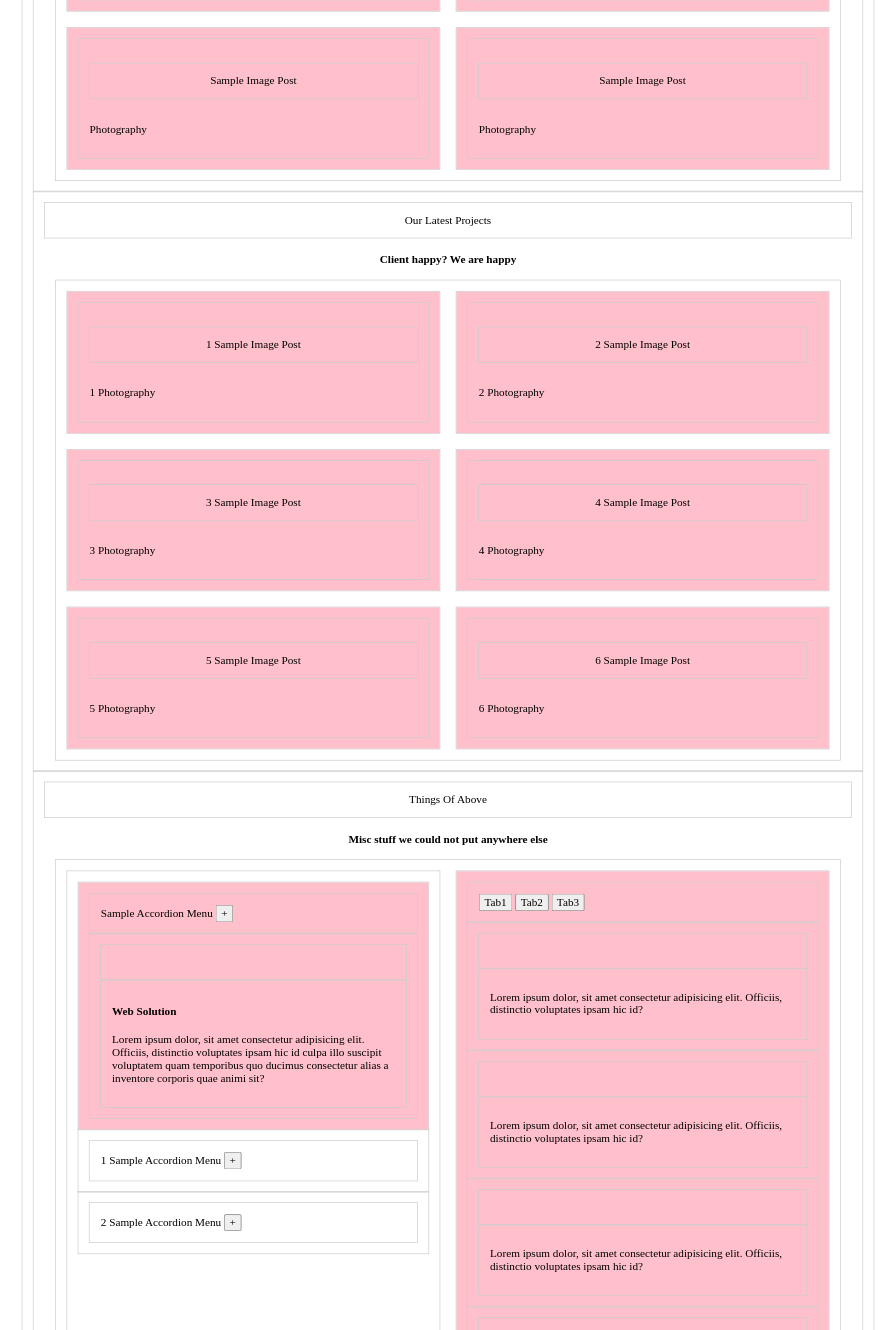
Repository: kionale/Project1_Lab3_ResponsiveLayout
Page: index.html
These files come from the project's save history. The page is drawn as it stood at one moment and after the next save; the edit follows.
The browser window is 1280 px wide. The pictures show the part of the page from y = 1381 to 3281 px (the page is 5916 px tall before and 4436 px after), at 70% of full size.
A picture or video elsewhere on the page could not be fetched, so the positions and the page height are approximate.

Above is the page before, as saved 2023-01-26 11:16:27.

### index.html
<!doctype html>
<html class="no-js" lang="">

<head>
  <meta charset="utf-8">
  <title></title>
  <meta name="description" content="">
  <meta name="viewport" content="width=device-width, initial-scale=1">

  <meta property="og:title" content="">
  <meta property="og:type" content="">
  <meta property="og:url" content="">
  <meta property="og:image" content="">

  <link rel="manifest" href="site.webmanifest">
  <link rel="apple-touch-icon" href="icon.png">
  <!-- Place favicon.ico in the root directory -->

  <link rel="stylesheet" href="css/normalize.css">
  <link rel="stylesheet" href="css/main.css">

  <meta name="theme-color" content="#fafafa">
</head>


<body class="page page-home">
  <header class="header page__header">
    <div class="row">
      <h1>Metrolics</h1>
      <a href=""><img src=""></a>
      <nav class="navbar-links">
        <ul>
          <a href="#">
            <li>Home</li>
          </a>
          <a href="">
            <li>Home</li>
          </a>
          <a href="">
            <li>Pages</li>
          </a>
          <a href="">
            <li>Blog</li>
          </a>
          <a href="">
            <li>Portfolio</li>
          </a>
          <a href="">
            <li>Home</li>
          </a>
        </ul>
      </nav>
    </div>

  </header>

  <div class="page__slider">
    <div class="row slides">
      <img src="" alt="">
    </div>
  </div>
  </div>

  <div class="page__intro">
    <h1 class="header page__heading">
      Hey guys! This is the <span>Metrolics</span> theme.<br>
      It sports a responsive layout with a mobile layout.
    </h1>
    <div class="subheading page_subheading">
      <h3>
        Things That We do
      </h3>
      <h5>Ask us what we can do for you</h5>

    </div>
    <div class="feature__service">
      <div class="row m-col-2 l-col-4">
        <div class="col">
          <img class="feature__servic__images" src="" alt="">
          <h4 class="heading feature__servic__title">Web Solution</h4>
          <p class="feature__servic__content">
            bbbhhha
          </p>
        </div>
        <div class="col">
          <img class="feature__servic__images" src="" alt="">
          <h4 class="heading feature__servic__title"></h4>
          <p class="feature__servic__content">
            bbbhhha
          </p>
        </div>
        <div class="col">
          <img class="feature__servic__images" src="" alt="">
          <h4 class="heading feature__servic__title"></h4>
          <p class="feature__servic__content">
            bbbhhha
          </p>
        </div>
        <div class="col">
          <img class="feature__servic__images" src="" alt="">
          <h4 class="heading feature__servic__title"></h4>
          <p class="feature__servic__content">
            bbbhhha
          </p>
        </div>


      </div>
    </div>
  </div>

  <!-- Main content starts here -->
  <main class="page__main">
    <section class="recent__work">
      <header class="header post__header">What's up lately?</header>
      <h4 class="subheading">Read up on our latest work</h4>
      <div class="row m-col-2 l-col-3">
        <div class="col">
          <div>
            <img src="" alt="">
            <header class="header recent__work__title">Sample image post</header><br>
            <p>Photography</p>
          </div>
        </div>
        <div class="col">
          <div>
            <img src="" alt="">
            <header class="header recent__work__title">Sample image post</header><br>
            <p>Photography</p>
          </div>
        </div>
        <div class="col">
          <div>
            <img src="" alt="">
            <header class="header recent__work__title">Sample image post</header><br>
            <p>Photography</p>
          </div>
        </div>
        <div class="col">
          <div>
            <img src="" alt="">
            <header class="header recent__work__title">Sample image post</header><br>
            <p>Photography</p>
          </div>
        </div>
      </div>
    </section>
    <!-- Our Latest Projests -->
    <section class="latest__projects">
      <header class="header latest__projects__header">Our Latest Projects</header>
      <h4 class="subheading">Client happy? We are happy</h4>
      <div class="row m-col-2 l-col-3">
        <div class="col">
          <div>
            <img src="" alt="">
            <header class="header latest__project__image">1 Sample image post</header><br>
            <p>1 Photography</p>
          </div>
        </div>
        <div class="col">
          <div>
            <img src="" alt="">
            <header class="header latest__project__image">2 Sample image post</header><br>
            <p>2 Photography</p>
          </div>
        </div>
        <div class="col">
          <div>
            <img src="" alt="">
            <header class="header latest__project__image">3 Sample image post</header><br>
            <p>3 Photography</p>
          </div>
        </div>
        <div class="col">
          <div>
            <img src="" alt="">
            <header class="header latest__project__image">4 Sample image post</header><br>
            <p>4 Photography</p>
          </div>
        </div>
        <div class="col">
          <div>
            <img src="" alt="">
            <header class="header latest__project__image">5 Sample image post</header><br>
            <p>5 Photography</p>
          </div>
        </div>
        <div class="col">
          <div>
            <img src="" alt="">
            <header class="header latest__project__image">6 Sample image post</header><br>
            <p>6 Photography</p>
          </div>
        </div>
      </div>
    </section>
    <!--Things of Above-->
    <section class="things__of__above">
      <header class="header things__header">Things of above</header>
      <h4 class="subheading">Misc stuff we could not put anywhere else</h4>
      <div class="row m-col-2 l-col-3">
        <div>
          <div class="col">
            <div class="sample__menu things_above_image">Sample Accordion Menu
              <button>+</button>
            </div>
            <div class="web__solution">
              <div>
                <img src="" alt="">
              </div>
              <div>
                <h4>Web Solution</h4>
                <p>Lorem ipsum dolor, sit amet consectetur adipisicing elit. Officiis, distinctio voluptates ipsam hic
                  id
                  culpa illo suscipit voluptatem quam temporibus quo ducimus consectetur alias a inventore corporis quae
                  animi sit?</p>
              </div>
            </div>
          </div>
          <div class="menu__button">
            <div class="col_two sample__menu things__above__image">1 Sample Accordion Menu
              <button>+</button>
            </div>
          </div>
          <div class="menu__button">
            <div class="col_two sample__menu things__above__image">2 Sample Accordion Menu
              <button>+</button>
            </div>
          </div>
        </div>
        <div class="col">
          <div class="tab__buttons">
            <button>Tab1</button>
            <button>Tab2</button>
            <button>Tab3</button>
          </div>
          <div class="tab__information">
            <div>
              <img src="" alt="">
            </div>
            <div>
              <p>Lorem ipsum dolor, sit amet consectetur adipisicing elit. Officiis, distinctio voluptates ipsam hic
                id?</p>
            </div>
          </div>
          <div class="tab__information">
            <div>
              <img src="" alt="">
            </div>
            <div>
              <p>Lorem ipsum dolor, sit amet consectetur adipisicing elit. Officiis, distinctio voluptates ipsam hic
                id?</p>
            </div>
          </div>
          <div class="tab__information">
            <div>
              <img src="" alt="">
            </div>
            <div>
              <p>Lorem ipsum dolor, sit amet consectetur adipisicing elit. Officiis, distinctio voluptates ipsam hic
                id?</p>
            </div>
          </div>
          <div class="tab__information">
            <div>
              <img src="" alt="">
            </div>
            <div>
              <p>Lorem ipsum dolor, sit amet consectetur adipisicing elit. Officiis, distinctio voluptates ipsam hic
                id?</p>
            </div>
          </div>
        </div>
      </div>
      <!--Sponsors-->
      <div class="sponsors">
        <img src="https://cdn-icons-png.flaticon.com/512/118/118063.png" alt="" class="sponsors__icon">
        <img src="https://cdn-icons-png.flaticon.com/512/118/118063.png" alt="" class="sponsors__icon">
        <img src="https://cdn-icons-png.flaticon.com/512/118/118063.png" alt="" class="sponsors__icon">
        <img src="https://cdn-icons-png.flaticon.com/512/118/118063.png" alt="" class="sponsors__icon">
        <img src="https://cdn-icons-png.flaticon.com/512/118/118063.png" alt="" class="sponsors__icon">
      </div>

    </section>
  </main>
  <!--Footer-->
  <footer>
    <div class="web__author">
      <div>
        <img src="" alt="">
      </div>
      <div>
        <h4>Peewee Herman</h4>
        <p>Lorem ipsum dolor, sit amet consectetur adipisicing elit. Officiis, distinctio voluptates ipsam hic
          id
          culpa illo suscipit voluptatem quam temporibus quo ducimus consectetur alias a inventore corporis quae
          animi sit?</p>
      </div>
    </div>
    <div class="footer__extras">
      <div>
        <div>
          <h4>About Us</h4>
          <p>Lorem ipsum dolor, sit amet consectetur adipisicing elit. Officiis, distinctio voluptates ipsam hic
            id
            culpa illo suscipit voluptatem quam temporibus quo ducimus consectetur alias a inventore corporis quae
            animi sit?</p>
        </div>
        <div class="social__link">
          <a href="" class="social__icon">
            <li>Facebook</li>
          </a>
          <a href="" class="social__icon">
            <li>Google</li>
          </a>
          <a href="" class="social__icon">
            <li>Twitter</li>
          </a>
          <a href="" class="social__icon">
            <li>Instagram</li>
          </a>
          <a href="" class="social__icon">
            <li>Volume</li>
          </a>
        </div>
      </div>

      <div>
        <h4>Flickr Photos</h4>
        <img src="" alt="">
        <img src="" alt="">
        <img src="" alt="">
        <img src="" alt="">
        <img src="" alt="">
        <img src="" alt="">
      </div>
      <div>
        <h4>Recent Tweets</h4>
        <div class="recent__tweets">
          <div>
            <img src="" alt="">
          </div>
          <div>
            <h4>Peewee Herman</h4>
            <p>Lorem ipsum dolor, sit amet consectetur adipisicing elit. Officiis, distinctio voluptates ipsam hic
              id
              culpa illo suscipit voluptatem quam temporibus quo ducimus consectetur alias a inventore corporis quae
              animi sit?</p>
          </div>
        </div>
        <div class="recent__tweets">
          <div>
            <img src="" alt="">
          </div>
          <div>
            <h4>Peewee Herman</h4>
            <p>Lorem ipsum dolor, sit amet consectetur adipisicing elit. Officiis, distinctio voluptates ipsam hic
              id
              culpa illo suscipit voluptatem quam temporibus quo ducimus consectetur alias a inventore corporis quae
              animi sit?</p>
          </div>
        </div>
      </div>
      <div>
        <h4>Newsletter</h4>
        <p>Lorem ipsum dolor, sit amet consectetur adipisicing elit. Officiis, distinctio voluptates ipsam hic
          id
          culpa illo suscipit voluptatem quam temporibus quo ducimus consectetur alias a inventore corporis quae
          animi sit?</p>
        <div class="col_two sample__menu things__above__image">Enter your email...
          <button>+</button>
        </div>
      </div>
    </div>
  </footer>


  <script src="js/vendor/modernizr-3.11.2.min.js"></script>
  <script src="js/plugins.js"></script>
  <script src="js/main.js"></script>

  <!-- Google Analytics: change UA-XXXXX-Y to be your site's ID. -->
  <script>
    window.ga = function () { ga.q.push(arguments) }; ga.q = []; ga.l = +new Date;
    ga('create', 'UA-XXXXX-Y', 'auto'); ga('set', 'anonymizeIp', true); ga('set', 'transport', 'beacon'); ga('send', 'pageview')
  </script>
  <script src="https://www.google-analytics.com/analytics.js" async></script>
</body>

</html>

### css/main.css
::-moz-selection {
  background: #b3d4fc;
  text-shadow: none;
}

::selection {
  background: #b3d4fc;
  text-shadow: none;
}

/*
 * A better looking default horizontal rule
 */

hr {
  display: block;
  height: 1px;
  border: 0;
  border-top: 1px solid #ccc;
  margin: 1em 0;
  padding: 0;
}

audio,
canvas,
iframe,
img,
svg,
video {
  vertical-align: middle;
}

/*
 * Remove default fieldset styles.
 */

fieldset {
  border: 0;
  margin: 0;
  padding: 0;
}

/*
 * Allow only vertical resizing of textareas.
 */

textarea {
  resize: vertical;
}

*,
*::before,
*::after {
  box-sizing: border-box;
}

div,
main,
section,
header,
footer {
  outline: 1px solid #ccc;
  min-height: 1rem;
  padding: 1rem;
}

.page {
  margin: 0 auto;
  padding: 2rem;
}

.header {
  text-transform: capitalize;
  text-align: center;
}

.subheading {
  text-align: center;
}

ul,
li {
  padding: 0;
  margin: 0;
  list-style: none;
}
.row {
  display: grid;
  row-gap: 1rem;
}

.col {
  position: relative;
  background-color: pink;
}

/* medium screens and up  */
@media screen and (min-width: 40em) {
  .row {
    max-width: 70rem;
    column-gap: 1.5rem;
    row-gap: 1.5rem;
    margin: 0 auto;
  }

  .m-col-2 {
    grid-template-columns: 1fr 1fr;
  }
}

### js/plugins.js
// Avoid `console` errors in browsers that lack a console.
(function() {
  var method;
  var noop = function () {};
  var methods = [
    'assert', 'clear', 'count', 'debug', 'dir', 'dirxml', 'error',
    'exception', 'group', 'groupCollapsed', 'groupEnd', 'info', 'log',
    'markTimeline', 'profile', 'profileEnd', 'table', 'time', 'timeEnd',
    'timeline', 'timelineEnd', 'timeStamp', 'trace', 'warn'
  ];
  var length = methods.length;
  var console = (window.console = window.console || {});

  while (length--) {
    method = methods[length];

    // Only stub undefined methods.
    if (!console[method]) {
      console[method] = noop;
    }
  }
}());

// Place any jQuery/helper plugins in here.

Loaded but not shown: css/normalize.css (library); js/vendor/modernizr-3.11.2.min.js (library); js/main.js (no stored copy; drawn as an empty file)

After the next save:
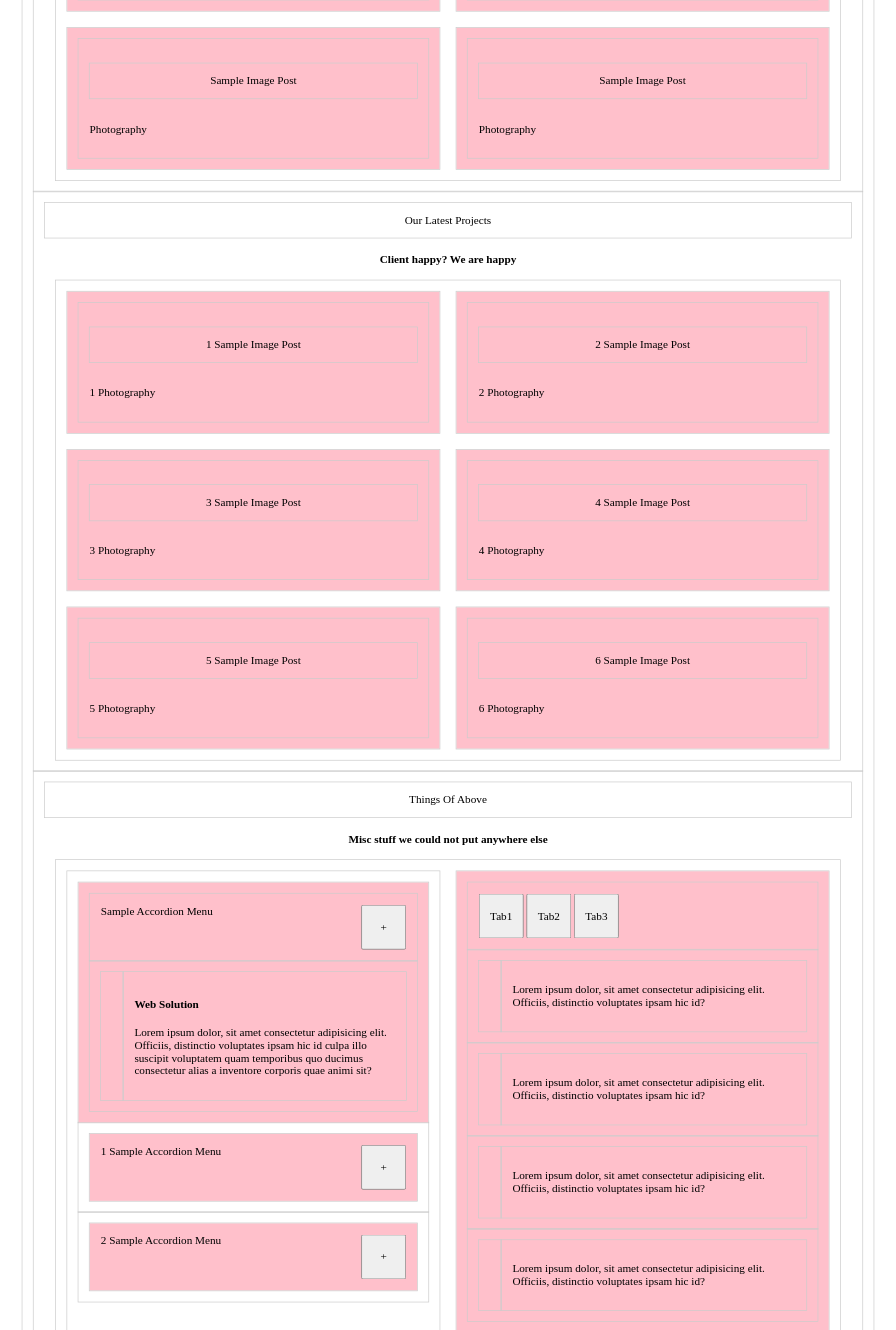
Saved 4 min 30 s later.
--- a/css/main.css
+++ b/css/main.css
@@ -84,6 +84,7 @@ li {
   margin: 0;
   list-style: none;
 }
+
 .row {
   display: grid;
   row-gap: 1rem;
@@ -106,4 +107,82 @@ li {
   .m-col-2 {
     grid-template-columns: 1fr 1fr;
   }
+
+
+  .l-col-3 {
+    grid-template-columns: (3, 1fr);
+  }
+
+
 }
+
+
+
+
+
+
+button {
+  height: 4rem;
+  width: 4rem;
+}
+
+.row_two {
+  display: grid;
+  row-gap: 1rem;
+}
+
+
+.col_two {
+  background-color: pink;
+  height: 6rem;
+}
+
+.examples {
+  display: flex;
+  justify-content: space-around;
+}
+
+.sample__menu {
+  display: flex;
+  justify-content: space-between;
+}
+
+.web__solution {
+  display: flex;
+}
+
+.web__author {
+  display: flex;
+}
+
+.recent__tweets {
+  display: flex;
+}
+
+
+.tab__information {
+  display: flex;
+}
+
+.sponsors {
+  display: flex;
+  justify-content: space-around;
+  height: 10rem;
+}
+
+.sponsors__icon {
+  background-color: lightgray;
+}
+
+.social__link {
+  display: flex;
+}
+
+.social__icon {
+  margin: 0.5rem;
+}
+
+.footer__extras {
+  display: flex;
+  flex-direction: row;
+}
